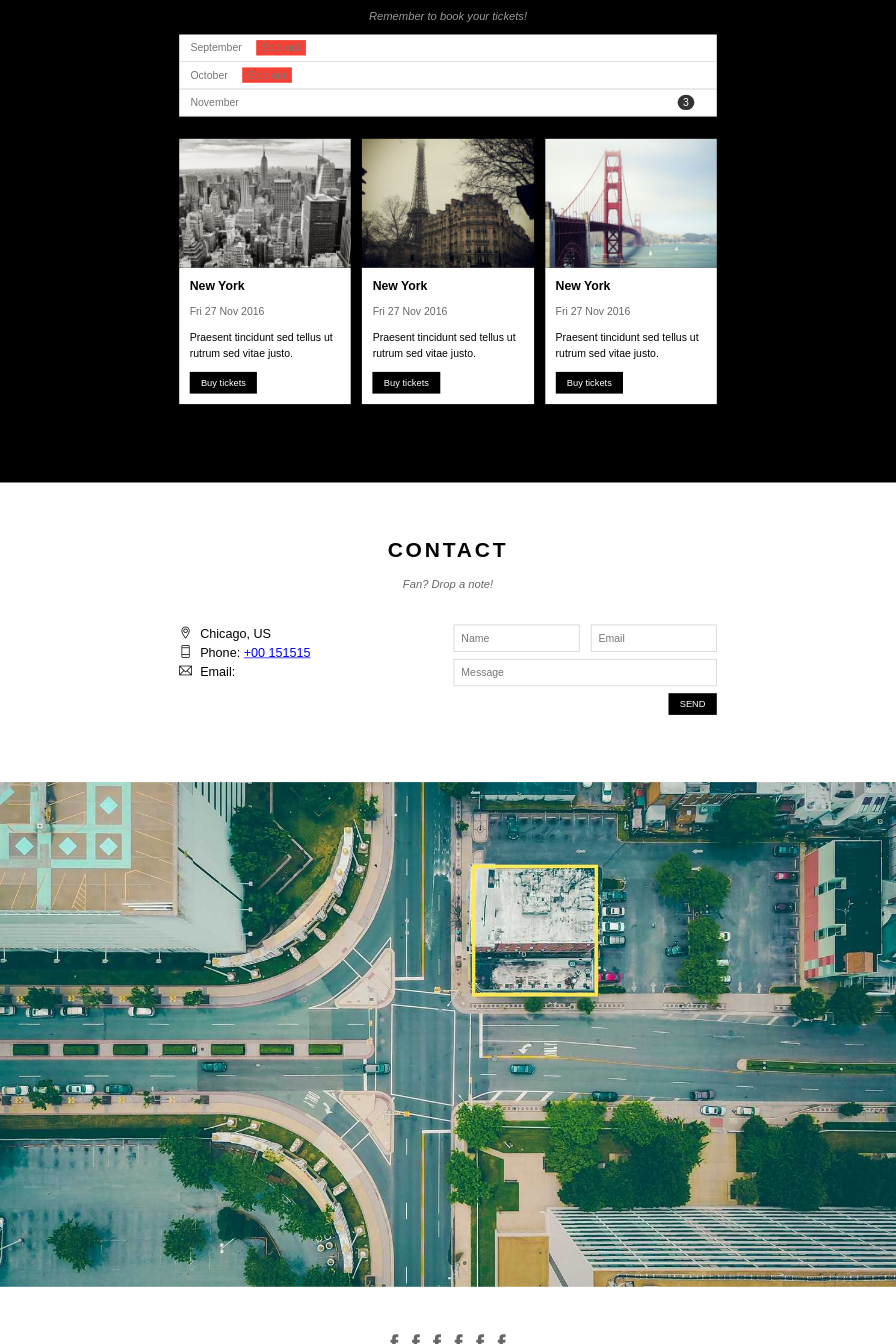
Repository: Bakyproit/the-Band
Page: index.html
An editor plug-in stored every save of this project. The page is shown before and after the next save, followed by the edit.
The browser window is 1280 px wide. The pictures show the part of the page from y = 1476 to 3396 px (the page is 3522 px tall), at 70% of full size.

Above is the page before, as saved 2022-01-04 09:20:59.

After the next save:
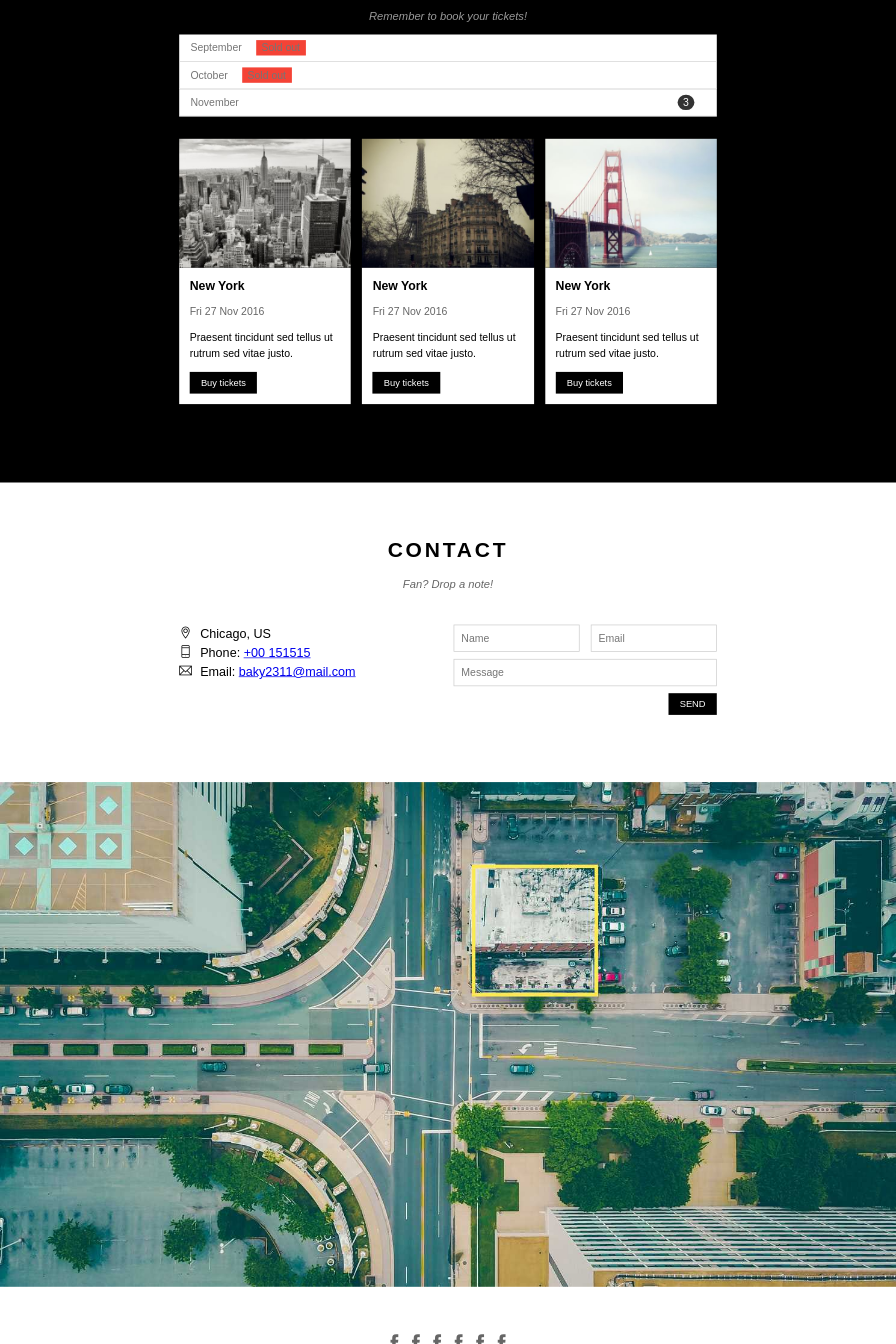
Saved 5 s later.
--- a/index.html
+++ b/index.html
@@ -141,7 +141,7 @@
                     <div class="col col-half s-col-full contact-info">
                         <p><i class="ti-location-pin"></i>Chicago, US</p>
                         <p><i class="ti-mobile"></i>Phone: <a href="tel:+00 151515">+00 151515</a></p>
-                        <p><i class="ti-email"></i>Email: <a href="mailto:baky2311@mail.com"></a></p>
+                        <p><i class="ti-email"></i>Email: <a href="mailto:baky2311@mail.com"> baky2311@mail.com</a></p>
                     </div>
                     <div class="col col-half s-col-full contact-form">
                         <form action="">
